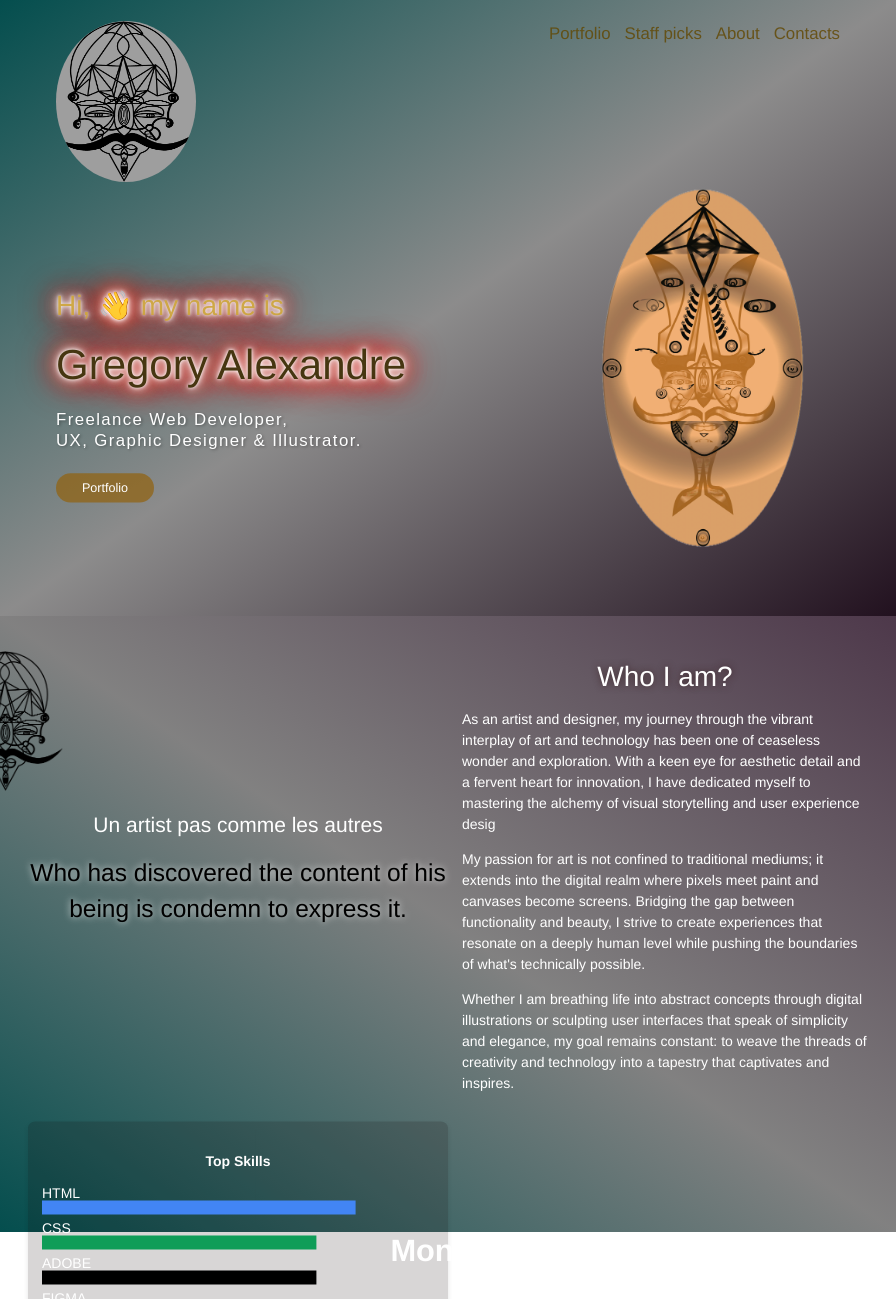
Repository: al-XLeMEsTRE/al-XLeMEsTRE
Page: index.html
These files come from the project's save history. The page is drawn as it stood at one moment and after the next save; the edit follows.
The browser window is 1280 px wide. The pictures show the part of the page from y = 0 to 1856 px (the page is 5520 px tall), at 70% of full size.
Pictures or frames that could not be fetched are drawn as grey boxes. A picture or video elsewhere on the page could not be fetched, so the positions and the page height are approximate.

Above is the page before, as saved 2023-11-23 19:40:17.

After the next save:
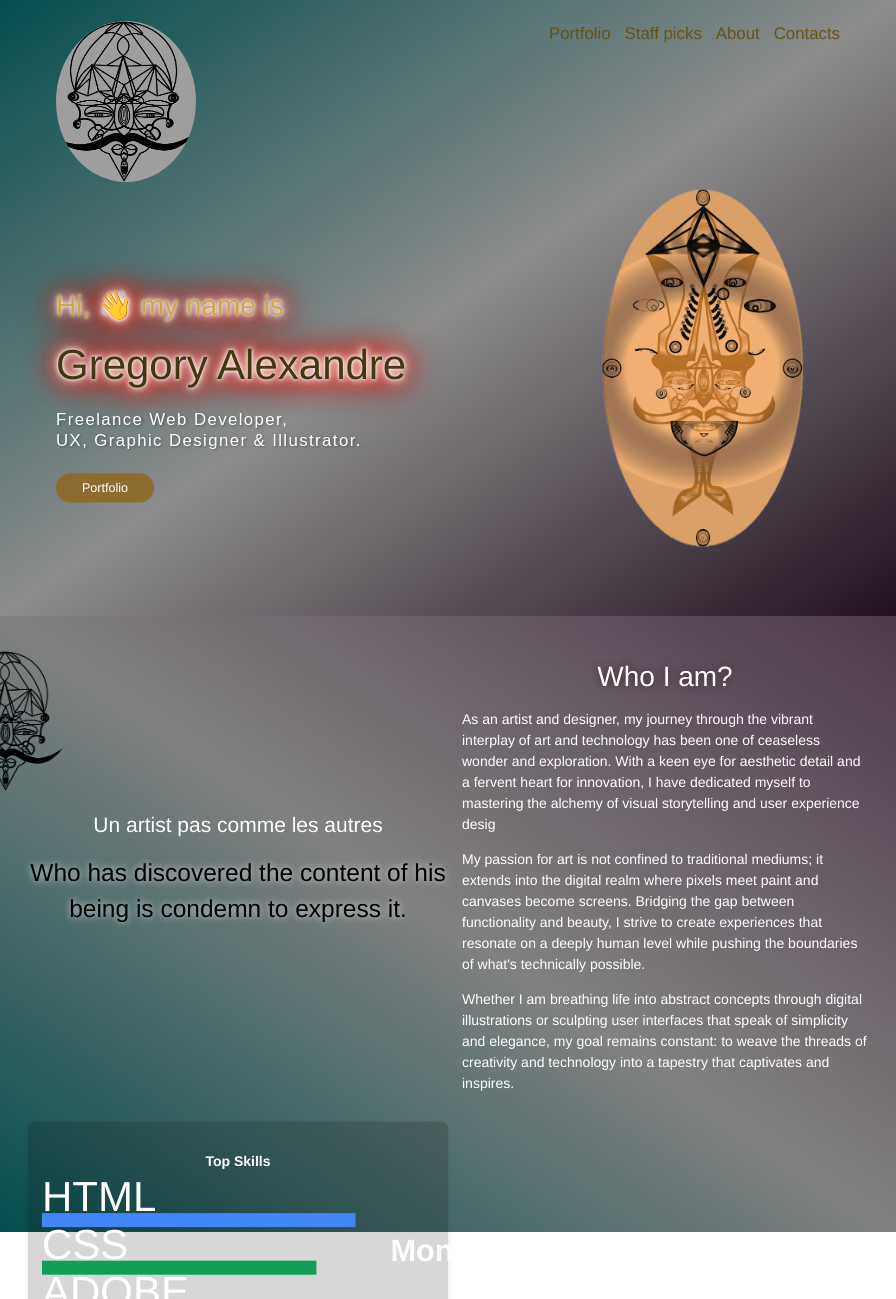
Saved 5 s later.
--- a/index.html
+++ b/index.html
@@ -88,19 +88,19 @@
               <h4 class="skills__heading">Top Skills</h4>
               <ul class="skills__list">
                 <li class="skill">
-                  <label>HTML</label>
+                  <label class="skill__title">HTML</label>
                   <div class="skill__level skill__level--html"></div>
                 </li>
                 <li class="skill">
-                  <label>CSS</label>
+                  <label class="skill__title">CSS</label>
                   <div class="skill__level skill__level--css"></div>
                 </li>
                 <li class="skill">
-                  <label>ADOBE</label>
+                  <label class="skill__title">ADOBE</label>
                   <div class="skill__level skill__level--adobe"></div>
                 </li>
                 <li class="skill">
-                  <label>FIGMA</label>
+                  <label class="skill__title">FIGMA</label>
                   <div class="skill__level skill__level--figma"></div>
                 </li>
                 <!-- Repeat for other skills -->
